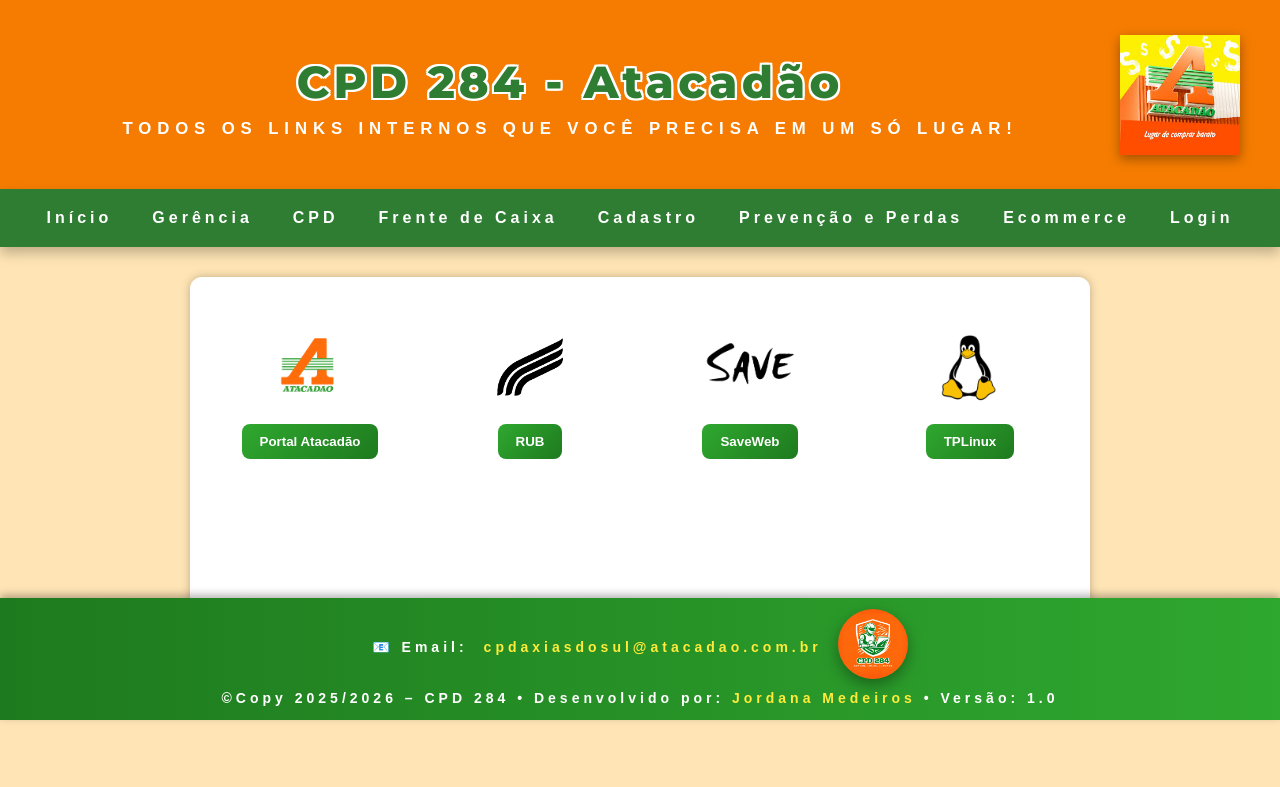
Repository: Iamjordana/portal-cpd
Page: http://localhost/prevencao
These files come from the project's save history. The page is drawn as it stood at one moment and after a run of saves; the edit follows.
The browser window is 1280 px wide. The pictures show the whole page.
An inner scrolling area shows only its first screen. The page is served by the project's Node server (server.js).

Above is the page before, as saved 2025-12-31 13:25:55.

After the next 2 saves:
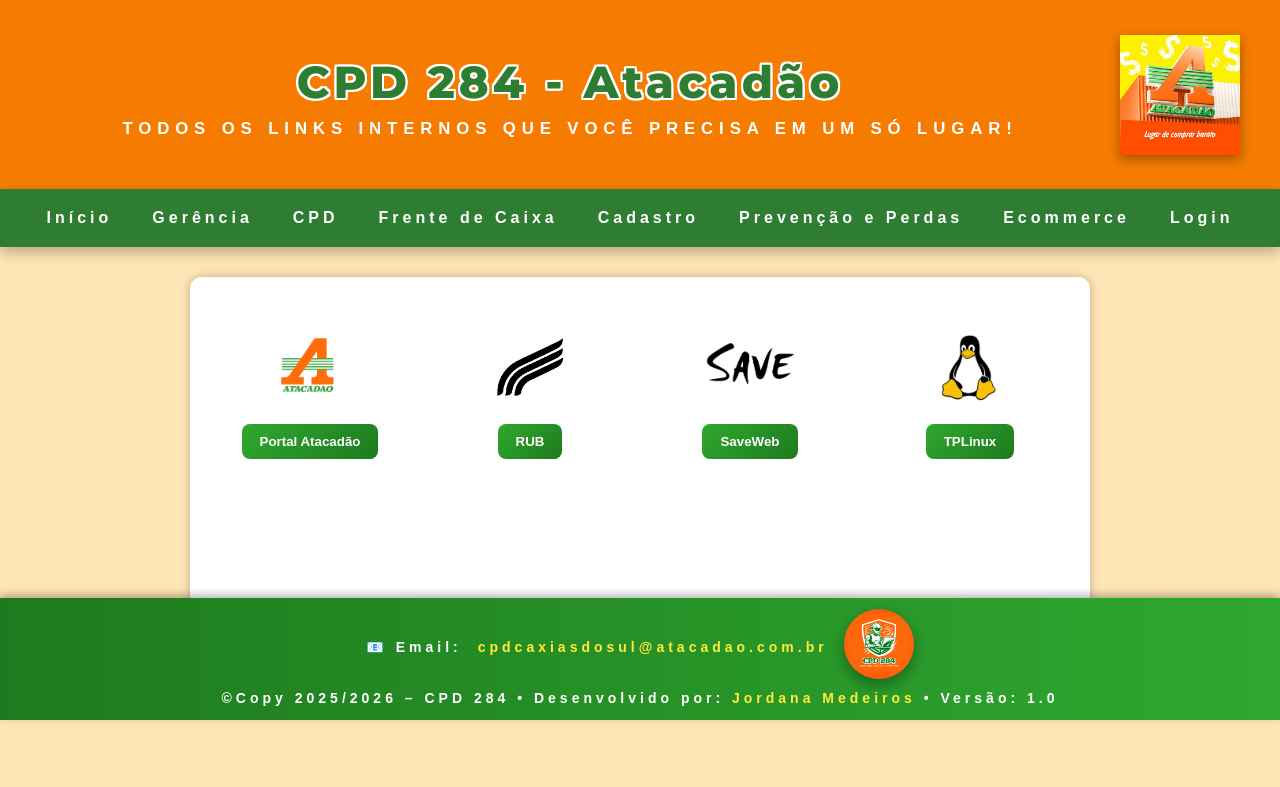
The 2 saves are shown as one change because they came seconds apart.
The last was saved 9 s later.
--- a/views/prevencao.ejs
+++ b/views/prevencao.ejs
@@ -98,8 +98,8 @@
 <footer class="footer">
   <p class="linha-email">
     📧 Email:
-    <a href="mailto:cpdaxiasdosul@atacadao.com.br">
-      cpdaxiasdosul@atacadao.com.br
+    <a href="mailto:cpdcaxiasdosul@atacadao.com.br">
+      cpdcaxiasdosul@atacadao.com.br
     </a>
 
     <span class="logo-animada">
